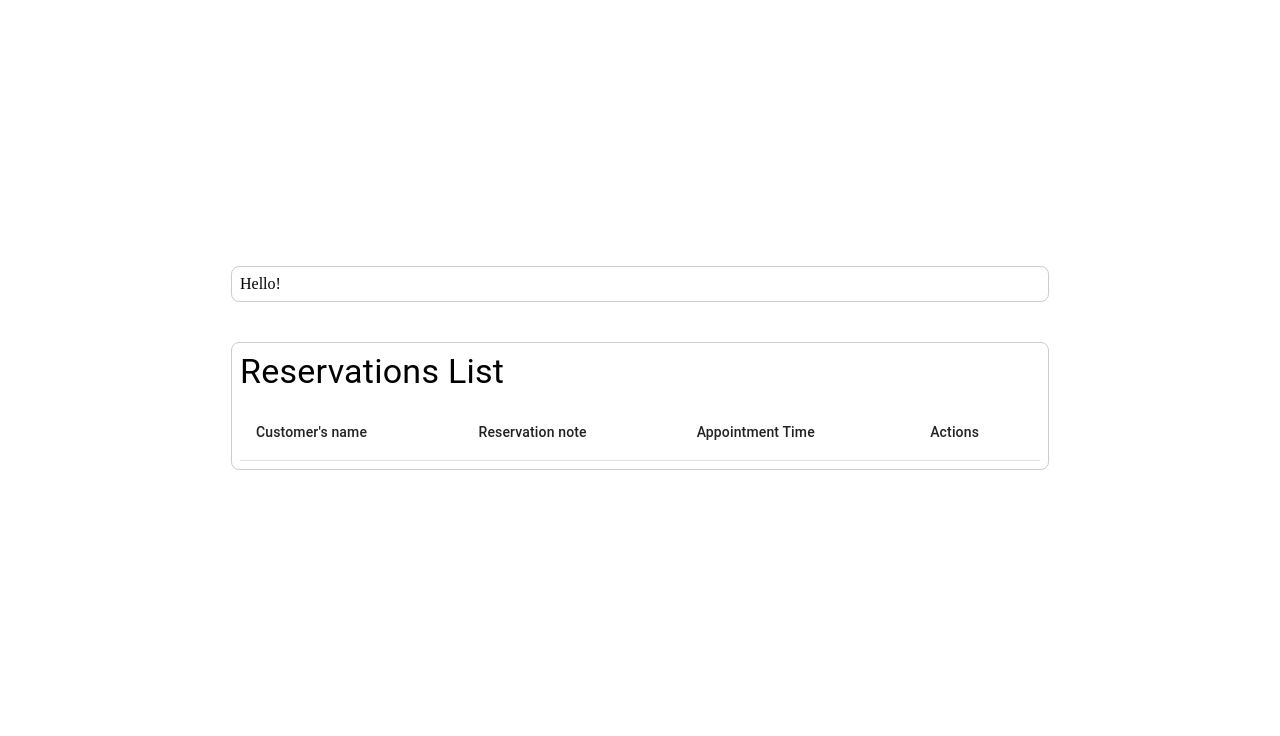
Repository: dovix58/PSP
Page: /beauty (app in frontEnd/)
An editor plug-in stored every save of this project. The page is shown before and after the next save, followed by the edit.
The browser window is 1280 px wide. The pictures show the whole page.
The page's requests for data from a server got no answer. The project was rebuilt for these pictures with package versions that can differ from the ones it lists, and the page was loaded fresh each time. No one was signed in, and anything a server would have sent is missing. Also part of the build but not shown: frontEnd/vite.config.ts, frontEnd/src/LandingPage.tsx, frontEnd/src/api/productAPI.ts, frontEnd/src/CreateOrder.tsx, frontEnd/src/api/OrderApi.ts, frontEnd/src/PaymentModal.tsx, frontEnd/src/OrderList.tsx, frontEnd/src/Styles.ts and 3 more.

Above is the page before, as saved 2024-12-19 13:29:29.

### frontEnd/src/main.tsx
import React from 'react';
import ReactDOM from 'react-dom/client';
import {createBrowserRouter, RouterProvider} from "react-router-dom";
import LandingPage from "./LandingPage";
import CateringPage from "./CatringPage";
import BeautyPage from "./BeautyPage";

const router = createBrowserRouter([
    {
        path: '/',
        element: <LandingPage />
    },
    {
        path: '/catering',
        element: <CateringPage />
    },
    {
        path: "/beauty",
        element: <BeautyPage/>
    }
]);
ReactDOM.createRoot(
    document.getElementById('root') as HTMLElement
).render(
    <React.StrictMode>
        <RouterProvider router={router} />
    </React.StrictMode>
);

### frontEnd/src/BeautyPage.tsx
import React from "react";
import { Box } from "@mui/material";
import ReservationList from "./ReservationList";
import CreateReservation from "./CreateReservation";

export default function BeautyPage() {
  return (
    <Box
      component="div"
      sx={{
        display: "flex",
        flexDirection: "column",
        alignItems: "center",
        justifyContent: "center",
        height: "100vh",
        gap: 3,
      }}
    >
      <CreateReservation />
      <ReservationList />
    </Box>
  );
}

### frontEnd/src/ReservationList.tsx
import React, { useEffect, useState } from "react";
import { format } from "date-fns";
import {
  Box,
  Typography,
  CircularProgress,
  Table,
  TableContainer,
  TableHead,
  TableRow,
  TableCell,
  TableBody,
  Button,
} from "@mui/material";

interface Reservation {
  id: string; // UUID
  businessId: string; // UUID
  userId: string; // UUID
  customer: string;
  note: string;
  createdAt: string; // ISO 8601 DateTime format
  updatedAt: string; // ISO 8601 DateTime format
  appointmentTime: string; // ISO 8601 DateTime format
}

type ReservationsResponse = Reservation[];

export default function ReservationList() {
  const [reservations, setReservations] = useState<null | ReservationsResponse>(
    null
  );
  const [isLoading, setIsLoading] = useState(false);

  //Handler for a delete button
  const onDeleteHandler = async (id: string) => {
    try {
      const success = await deleteReservations(id);
      if (success) {
        await getReservations(); // Fetch updated reservations only on success
      }
    } catch (error) {
      console.error("Error during deletion:", error);
    }
  };

  const deleteReservations = async (id: string): Promise<boolean> => {
    try {
      const response = await fetch(`api/v1/reservations/${id}`, {
        method: "DELETE",
      });
      if (response.status === 204) {
        console.log("Reservation deleted successfully.");
        return true;
      } else {
        console.error("Failed to delete the reservation.");
        return false;
      }
    } catch (error) {
      console.error("Error during deletion:", error);
      return false;
    }
  };

  const getReservations = async () => {
    setIsLoading(true);
    try {
      const res = await fetch("api/v1/reservations");
      const resData = await res.json();
      console.log(resData);
      setReservations(resData);
      setIsLoading(false);
    } catch (e) {
      setIsLoading(false);
      console.error("Error fetching reservations:", e);
    }
  };

  useEffect(() => {
    getReservations();
  }, []);
  return (
    <Box
      sx={{
        border: "1px solid #ccc",
        borderRadius: "8px",
        padding: "8px",
        margin: "8px 0",
        maxHeight: 400,
        width: 800,
        overflowY: "auto",
      }}
    >
      <Typography variant="h4" gutterBottom>
        Reservations List
      </Typography>{" "}
      {isLoading ? (
        <CircularProgress />
      ) : reservations != null && reservations.length === 0 ? (
        <Typography variant="h6">No reservations are made...</Typography>
      ) : (
        <TableContainer>
          <Table>
            <TableHead>
              <TableRow>
                <TableCell align="left">Customer's name</TableCell>
                <TableCell align="left">Reservation note</TableCell>
                <TableCell align="left">Appointment Time</TableCell>
                <TableCell align="left">Actions</TableCell>
              </TableRow>
            </TableHead>
            <TableBody>
              {reservations?.map((r, index) => (
                <TableRow key={r.id}>
                  <TableCell align="left">{r.customer}</TableCell>
                  <TableCell align="left">{r.note}</TableCell>
                  <TableCell align="left">
                    {format(new Date(r.appointmentTime), "MMMM d, yyyy hh:mm ")}
                  </TableCell>
                  <TableCell align="left">
                    <Button
                      variant="outlined"
                      color="error"
                      onClick={() => onDeleteHandler(r.id)}
                    >
                      Delete
                    </Button>
                  </TableCell>
                </TableRow>
              ))}
            </TableBody>
          </Table>
        </TableContainer>
      )}
    </Box>
  );
}

### frontEnd/src/CreateReservation.tsx
import React from "react";
import {
  Box,
  Typography,
  CircularProgress,
  Table,
  TableContainer,
  TableHead,
  TableRow,
  TableCell,
  TableBody,
  Button,
} from "@mui/material";

export default function CreateReservation() {
  return (
    <Box
      sx={{
        border: "1px solid #ccc",
        borderRadius: "8px",
        padding: "8px",
        margin: "8px 0",
        maxHeight: 400,
        width: 800,
        overflowY: "auto",
      }}
    >
      Hello!
    </Box>
  );
}

Loaded but not shown: frontEnd/index.html (common file)

After the next save:
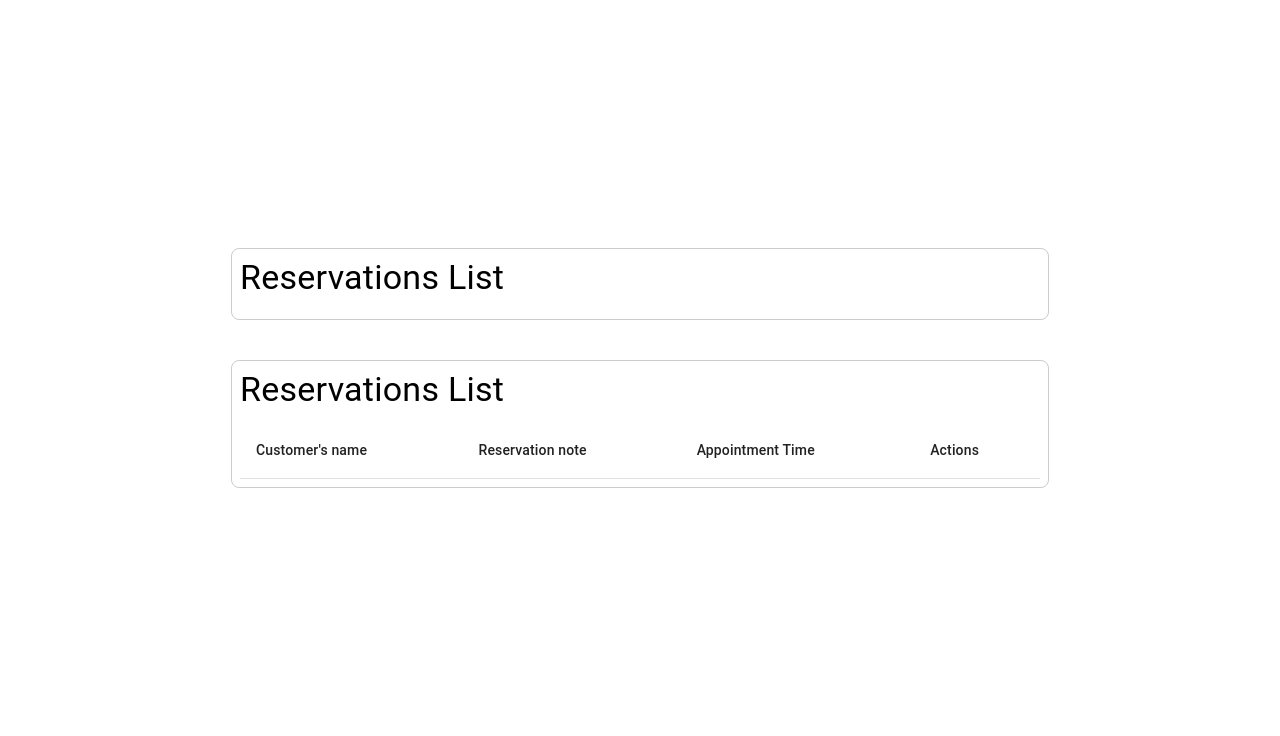
Saved 53 s later.
--- a/frontEnd/src/CreateReservation.tsx
+++ b/frontEnd/src/CreateReservation.tsx
@@ -25,7 +25,9 @@ export default function CreateReservation() {
         overflowY: "auto",
       }}
     >
-      Hello!
+      <Typography variant="h4" gutterBottom>
+        Reservations List
+      </Typography>
     </Box>
   );
 }
